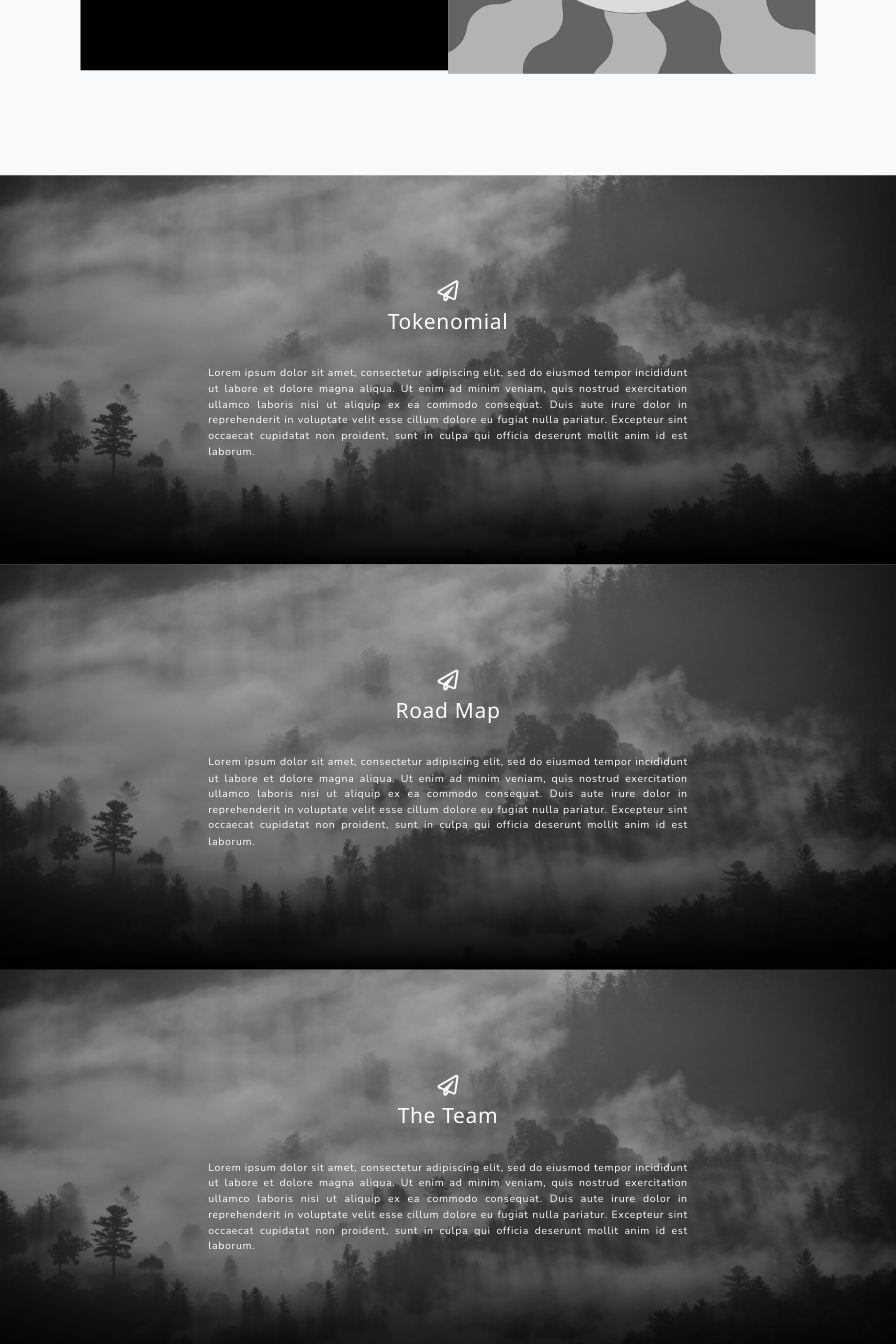
Repository: seyicoded/ico_one
Page: index.html
An editor plug-in stored every save of this project. The page is shown before and after the next save, followed by the edit.
The browser window is 1280 px wide. The pictures show the part of the page from y = 2749 to 4669 px (the page is 5306 px tall), at 70% of full size.

Above is the page before, as saved 2022-03-06 14:56:11.

After the next save:
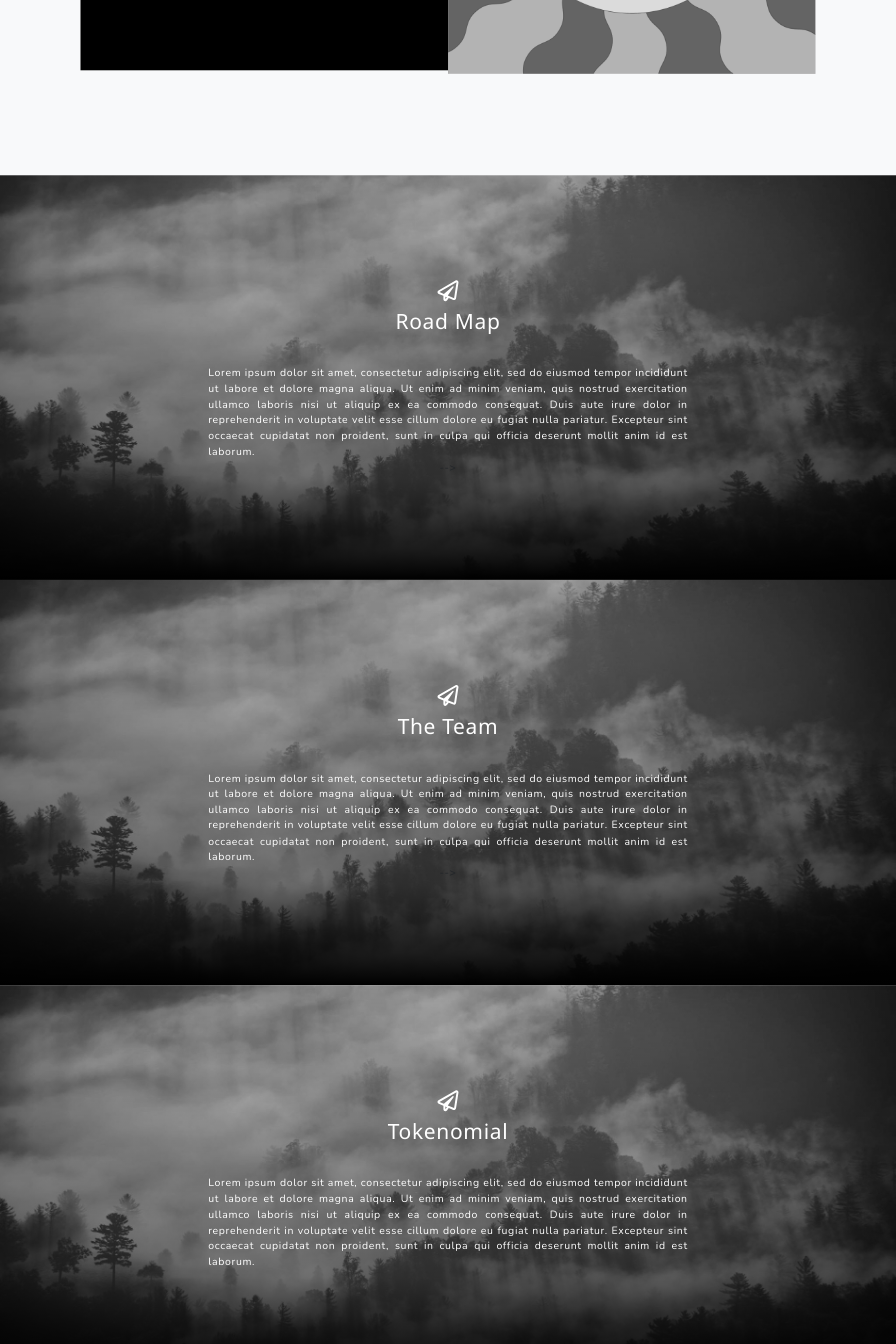
Saved 41 s later.
--- a/index.html
+++ b/index.html
@@ -71,9 +71,9 @@
                     <ul class="navbar-nav ms-auto">
                         <li class="nav-item"><a class="nav-link" href="#about">About</a></li>
                         <li class="nav-item"><a class="nav-link" href="#trade">How to Trade</a></li>
-                        <li class="nav-item"><a class="nav-link" href="#token">Tokenomics</a></li>
                         <li class="nav-item"><a class="nav-link" href="#roadmap">Road Map</a></li>
                         <li class="nav-item"><a class="nav-link" href="#team">The Team</a></li>
+                        <li class="nav-item"><a class="nav-link" href="#token">Tokenomics</a></li>
                     </ul>
                 </div>
             </div>
@@ -155,6 +155,41 @@
                 </div>
             </div>
         </section>
+
+        <section class="signup-section" id="roadmap">
+            <div class="container px-4 px-lg-5">
+                <div class="row gx-4 gx-lg-5">
+                    <div class="col-md-10 col-lg-8 mx-auto text-center">
+                        <i class="far fa-paper-plane fa-2x mb-2 text-white"></i>
+                        <h2 class="text-white mb-5">Road Map</h2>
+
+                        <div style="color: white; text-align: justify;">
+                            Lorem ipsum dolor sit amet, consectetur adipiscing elit, sed do eiusmod tempor incididunt ut labore et dolore magna aliqua. Ut enim ad minim veniam, quis nostrud exercitation ullamco laboris nisi ut aliquip ex ea commodo consequat. Duis aute irure dolor in reprehenderit in voluptate velit esse cillum dolore eu fugiat nulla pariatur. Excepteur sint occaecat cupidatat non proident, sunt in culpa qui officia deserunt mollit anim id est laborum.
+                        </div>
+
+                        </form> -->
+                    </div>
+                </div>
+            </div>
+        </section>
+
+        <section class="signup-section" id="team">
+            <div class="container px-4 px-lg-5">
+                <div class="row gx-4 gx-lg-5">
+                    <div class="col-md-10 col-lg-8 mx-auto text-center">
+                        <i class="far fa-paper-plane fa-2x mb-2 text-white"></i>
+                        <h2 class="text-white mb-5">The Team</h2>
+
+                        <div style="color: white; text-align: justify;">
+                            Lorem ipsum dolor sit amet, consectetur adipiscing elit, sed do eiusmod tempor incididunt ut labore et dolore magna aliqua. Ut enim ad minim veniam, quis nostrud exercitation ullamco laboris nisi ut aliquip ex ea commodo consequat. Duis aute irure dolor in reprehenderit in voluptate velit esse cillum dolore eu fugiat nulla pariatur. Excepteur sint occaecat cupidatat non proident, sunt in culpa qui officia deserunt mollit anim id est laborum.
+                        </div>
+
+                        </form> -->
+                    </div>
+                </div>
+            </div>
+        </section>
+
         <!-- Signup-->
         <section class="signup-section" id="token">
             <div class="container px-4 px-lg-5">
@@ -203,39 +238,6 @@
             </div>
         </section>
 
-        <section class="signup-section" id="roadmap">
-            <div class="container px-4 px-lg-5">
-                <div class="row gx-4 gx-lg-5">
-                    <div class="col-md-10 col-lg-8 mx-auto text-center">
-                        <i class="far fa-paper-plane fa-2x mb-2 text-white"></i>
-                        <h2 class="text-white mb-5">Road Map</h2>
-
-                        <div style="color: white; text-align: justify;">
-                            Lorem ipsum dolor sit amet, consectetur adipiscing elit, sed do eiusmod tempor incididunt ut labore et dolore magna aliqua. Ut enim ad minim veniam, quis nostrud exercitation ullamco laboris nisi ut aliquip ex ea commodo consequat. Duis aute irure dolor in reprehenderit in voluptate velit esse cillum dolore eu fugiat nulla pariatur. Excepteur sint occaecat cupidatat non proident, sunt in culpa qui officia deserunt mollit anim id est laborum.
-                        </div>
-
-                        </form> -->
-                    </div>
-                </div>
-            </div>
-        </section>
-
-        <section class="signup-section" id="team">
-            <div class="container px-4 px-lg-5">
-                <div class="row gx-4 gx-lg-5">
-                    <div class="col-md-10 col-lg-8 mx-auto text-center">
-                        <i class="far fa-paper-plane fa-2x mb-2 text-white"></i>
-                        <h2 class="text-white mb-5">The Team</h2>
-
-                        <div style="color: white; text-align: justify;">
-                            Lorem ipsum dolor sit amet, consectetur adipiscing elit, sed do eiusmod tempor incididunt ut labore et dolore magna aliqua. Ut enim ad minim veniam, quis nostrud exercitation ullamco laboris nisi ut aliquip ex ea commodo consequat. Duis aute irure dolor in reprehenderit in voluptate velit esse cillum dolore eu fugiat nulla pariatur. Excepteur sint occaecat cupidatat non proident, sunt in culpa qui officia deserunt mollit anim id est laborum.
-                        </div>
-
-                        </form> -->
-                    </div>
-                </div>
-            </div>
-        </section>
         <!-- Contact-->
         <section class="contact-section bg-black">
             <div class="container px-4 px-lg-5">
